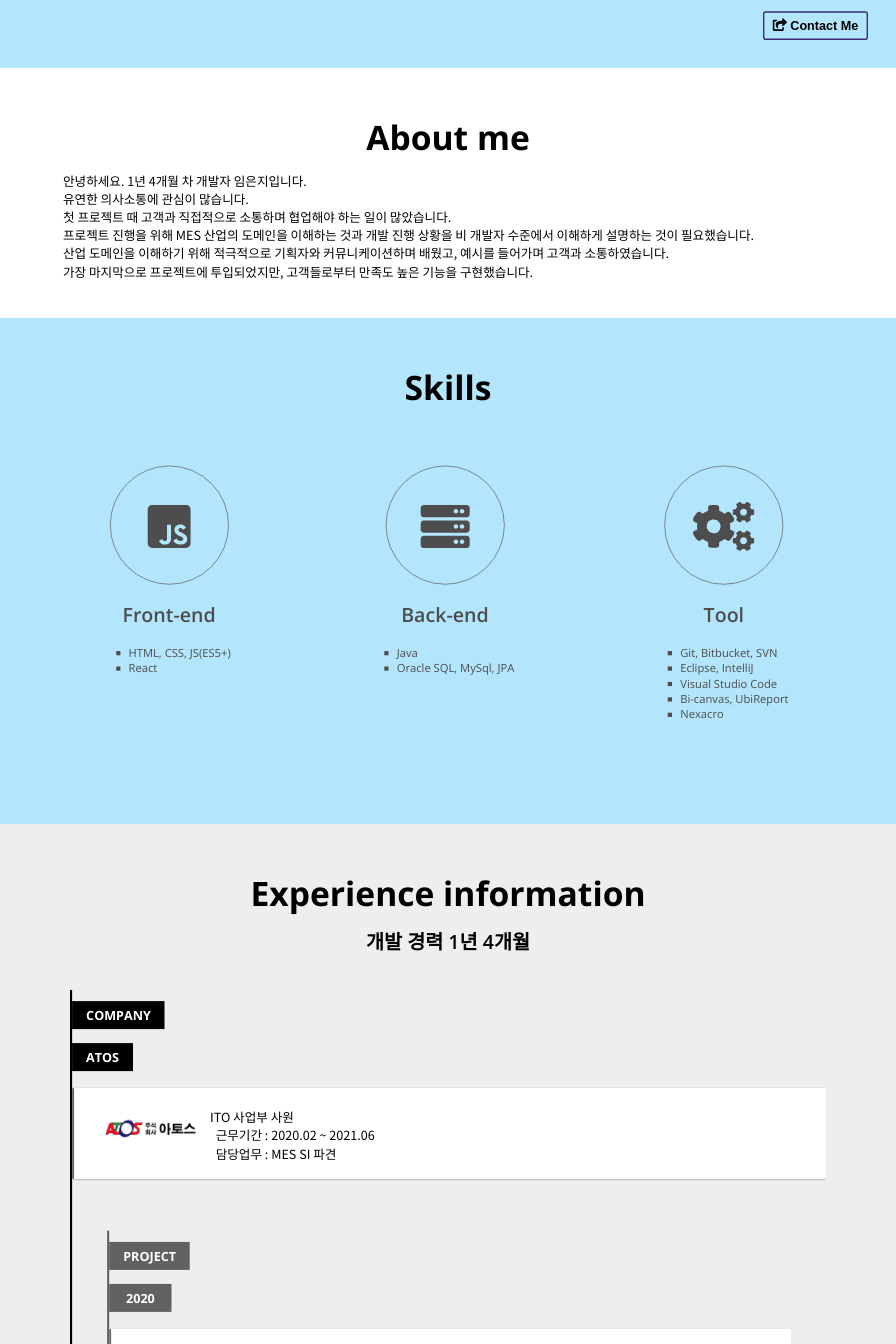
Repository: salangdung-i/portfolio
Page: index.html
These files come from the project's save history. The page is drawn as it stood at one moment and after the next save; the edit follows.
The browser window is 1280 px wide. The pictures show the part of the page from y = 703 to 2623 px (the page is 5385 px tall before and 5485 px after), at 70% of full size.
Some web fonts or font styles are not loaded; a fallback is used. Some web libraries are served in a nearby version.

Above is the page before, as saved 2021-12-27 13:03:08.

After the next save:
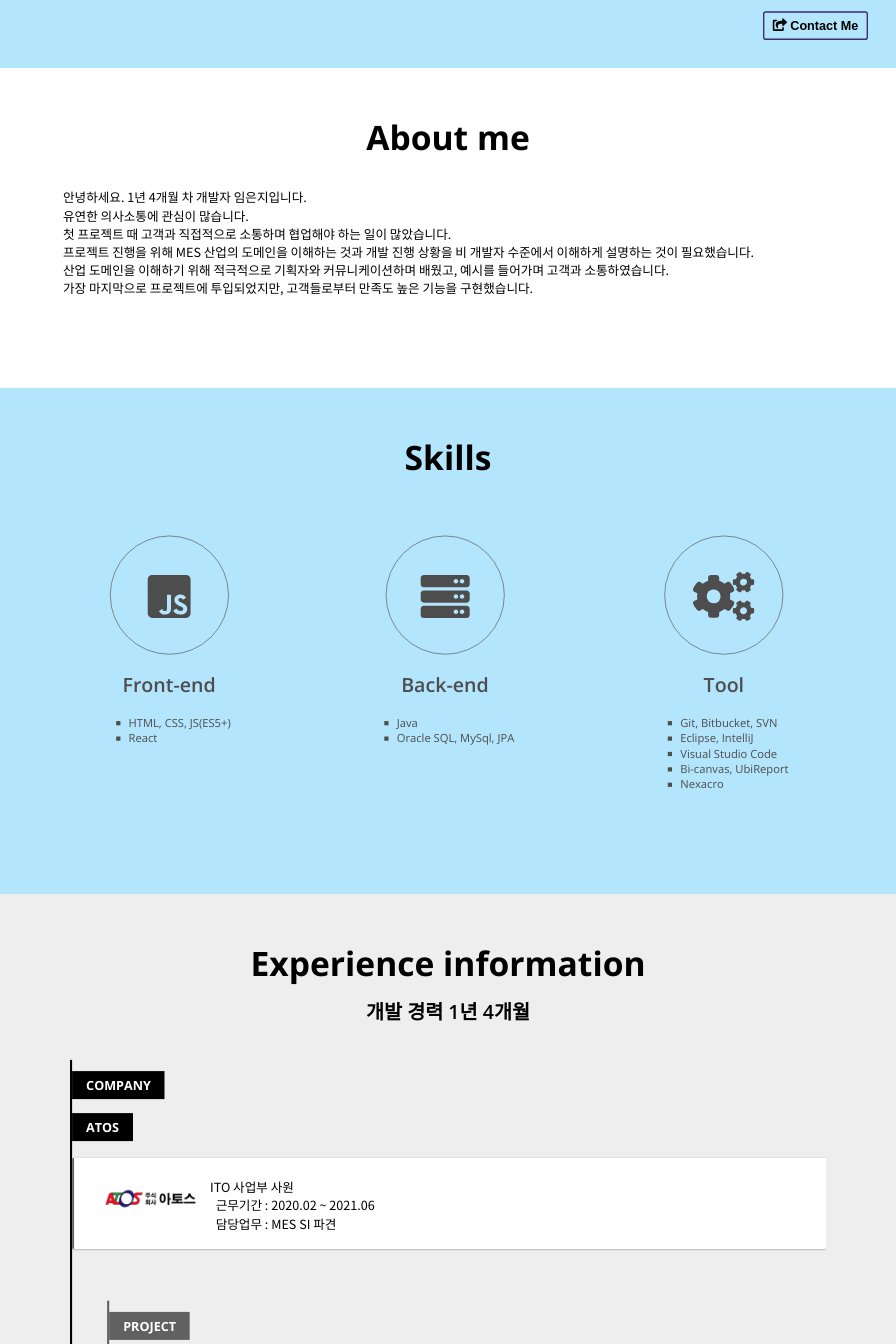
Saved 10 s later.
--- a/style.css
+++ b/style.css
@@ -224,7 +224,7 @@
 
 /* About */
 .about--text {
-  /* margin: 40px 0px 80px 0px; */
+  margin: 40px 0px 80px 0px;
   text-align: left;
 }
 
